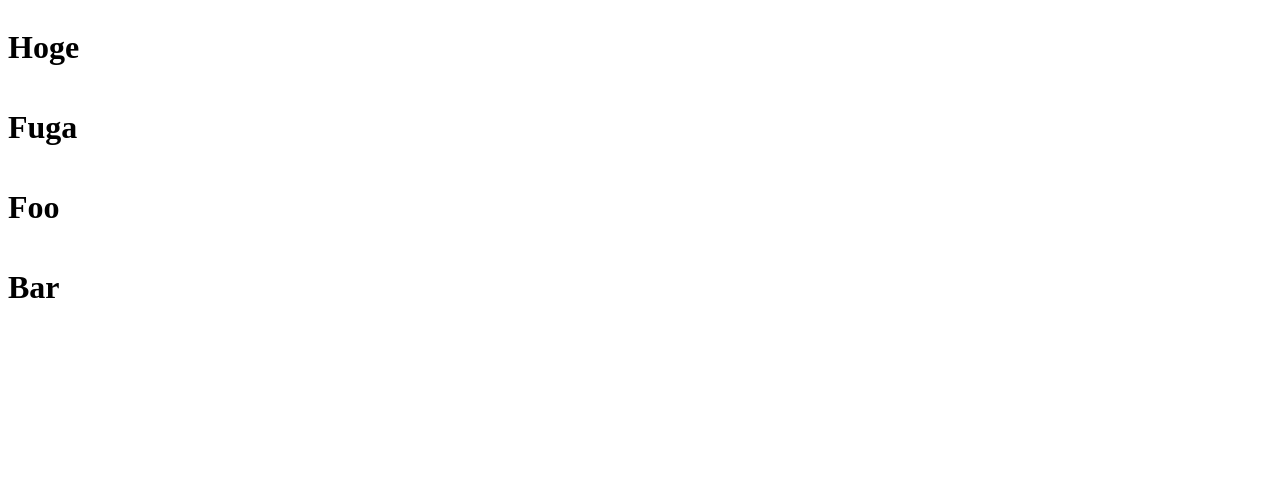
Repository: 777yuuki/samurai_HTML-CSS
Page: sample/sample.html
The author's editor kept a record of every edit. The page is drawn from the files as they stood at one moment, then again after the next edit.
The browser window is 1280 px wide. The pictures show the whole page.

Above is the page before.

After the next edit:
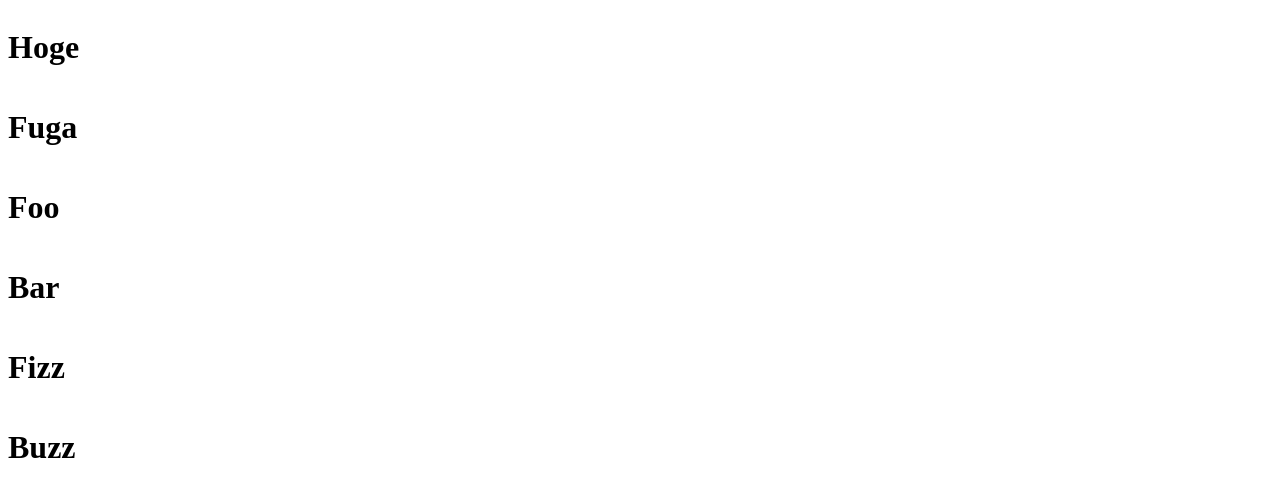
The edit:
--- a/sample/sample.html
+++ b/sample/sample.html
@@ -13,6 +13,8 @@
             <h1>Fuga</h1>
             <h1>Foo</h1>
             <h1>Bar</h1>
+            <h1>Fizz</h1>
+            <h1>Buzz</h1>
         </div>
     </body>
 </html>
